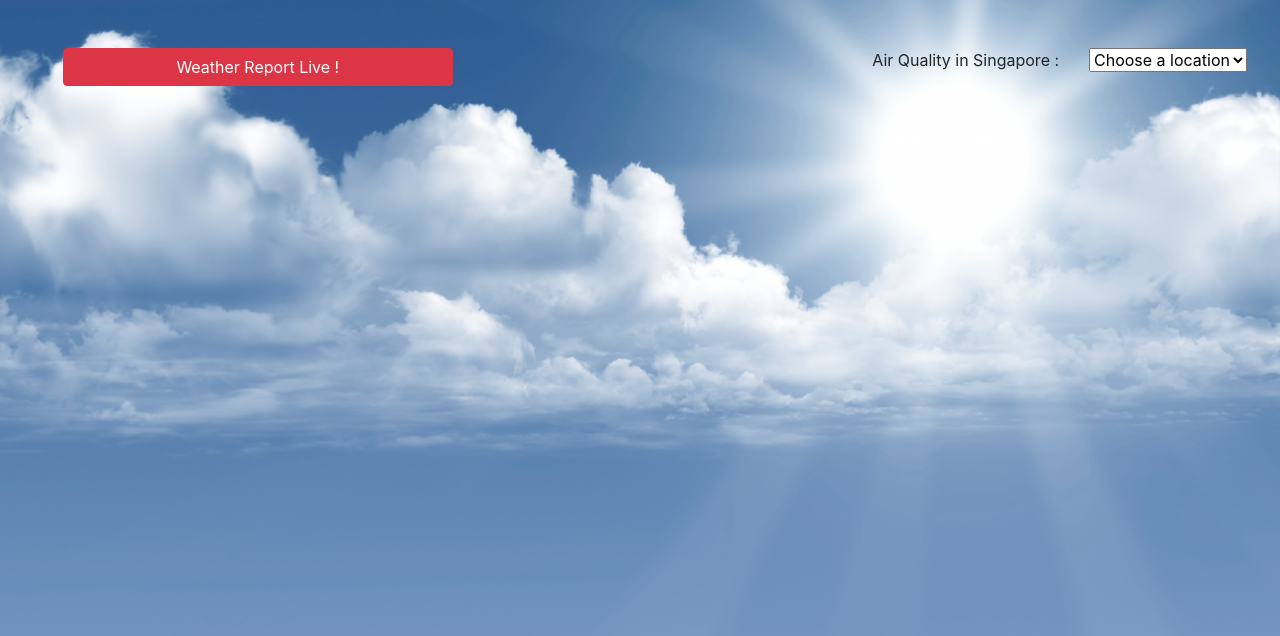
Repository: Code-Institute-Submissions/projectchen88-weatherForecast
Page: index.html
The author's editor kept a record of every edit. The page is drawn from the files as they stood at one moment, then again after the next edit.
The browser window is 1280 px wide. The pictures show the whole page.
The page's requests for data from a server got no answer.

Above is the page before.
Console error (its wording comes from the project's code and is left out).

After the next edit:
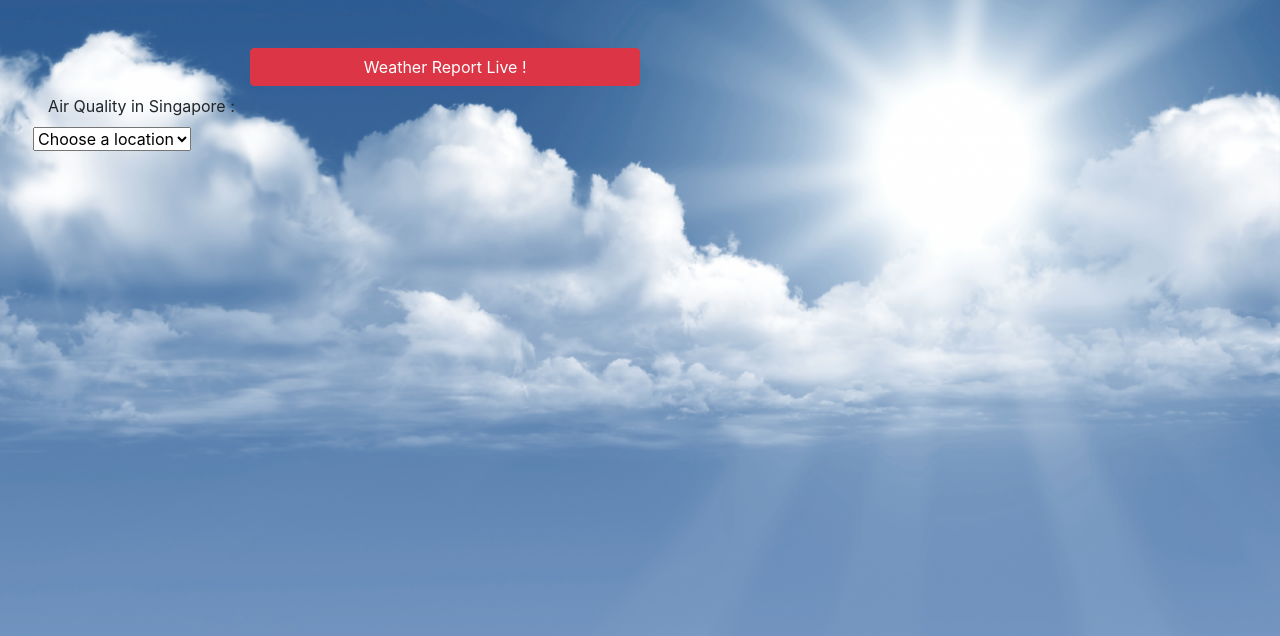
The edit:
--- a/index.html
+++ b/index.html
@@ -21,7 +21,7 @@
                 <h1 class='btn btn-danger w-50'> Weather Report Live ! </h1>
             </div>
 
-            <div> Air Quality in Singapore : <span id='status'></span></div>
+            <div class='col-12'> Air Quality in Singapore : <span id='status'></span></div>
 
             <hr/>
 
